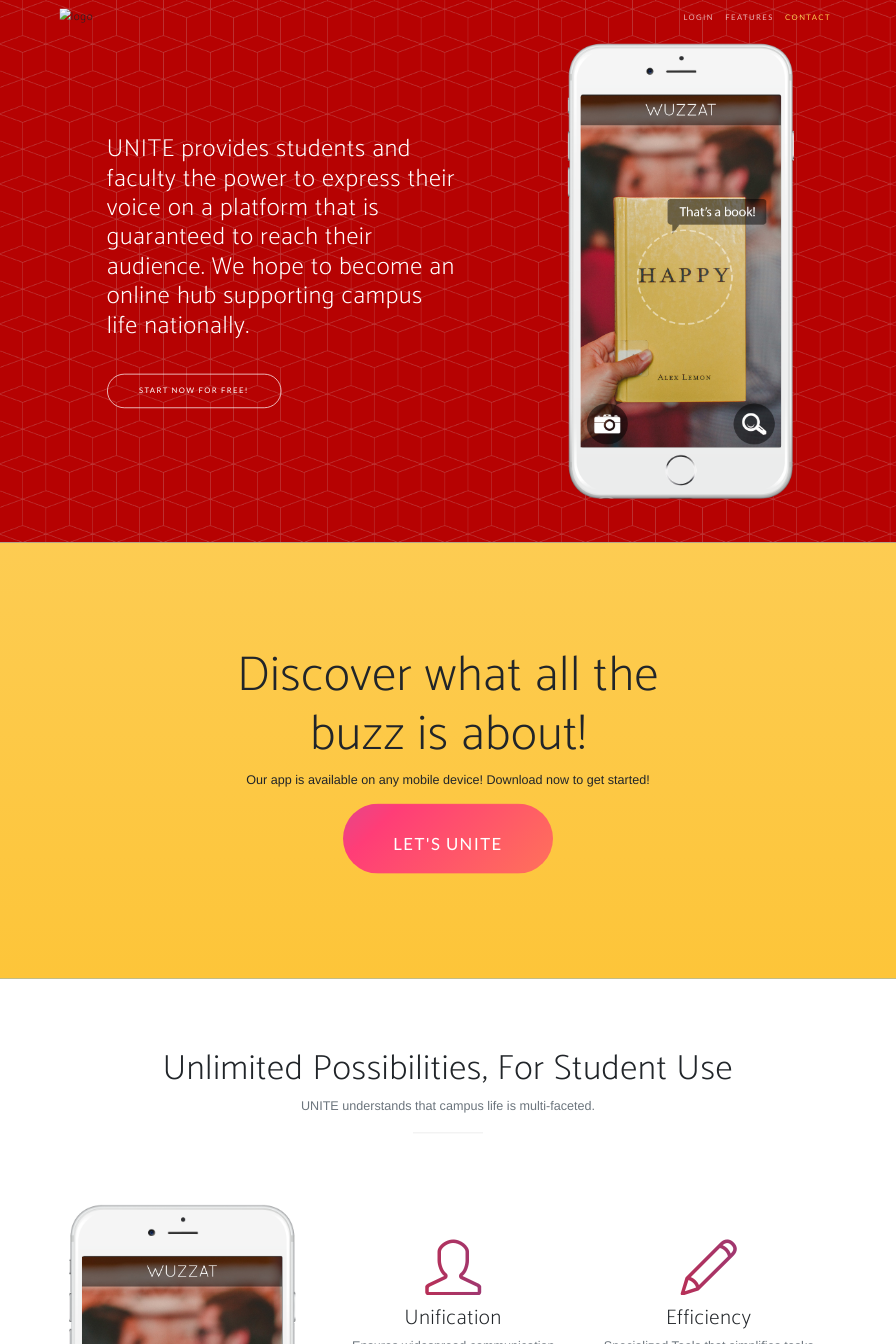
Repository: arkomz/VANK-HomePage-master
Page: static_website/vankIndex.html
The author's editor kept a copy of each file at every save. The page is drawn from the files as they stood at one save, then again after a run of saves.
The browser window is 1280 px wide. The pictures show the part of the page from y = 0 to 1920 px (the page is 3697 px tall), at 70% of full size.
Some web fonts or font styles are not loaded; a fallback is used.

Above is the page before, as saved 2019-04-13 01:40:29.

### static_website/vankIndex.html
<!DOCTYPE html>
<html lang="en">

<head>

  <meta charset="utf-8">
  <meta name="viewport" content="width=device-width, initial-scale=1, shrink-to-fit=no">
  <meta name="description" content="">
  <meta name="author" content="">

  <title>UNITE </title>

  <!-- Bootstrap core CSS -->
  <link href="vendor/bootstrap/css/bootstrap.min.css" rel="stylesheet">

  <!-- Some Custom Overwritten and Additional CSS-->
  <link href="css/custom-style.css" rel="stylesheet">

  <!-- Custom fonts for this template -->
  <link href="vendor/fontawesome-free/css/all.min.css" rel="stylesheet">
  <link rel="stylesheet" href="vendor/simple-line-icons/css/simple-line-icons.css">
  <link href="https://fonts.googleapis.com/css?family=Lato" rel="stylesheet">
  <link href="https://fonts.googleapis.com/css?family=Catamaran:100,200,300,400,500,600,700,800,900" rel="stylesheet">
  <link href="https://fonts.googleapis.com/css?family=Muli" rel="stylesheet">

  <!-- Plugin CSS -->
  <link rel="stylesheet" href="device-mockups/device-mockups.min.css">

  <!-- Custom styles for this template -->
  <link href="css/new-age.css" rel="stylesheet">

</head>

<body id="page-top">

  <!-- Navigation -->
  <nav class="navbar navbar-expand-lg navbar-light fixed-top" id="mainNav">
    <div class="container">
        <img class = "logo" src=""img/1200px-Goldman_Sachs.png" alt="logo"></a>
      <button class="navbar-toggler navbar-toggler-right" type="button" data-toggle="collapse" data-target="#navbarResponsive"
        aria-controls="navbarResponsive" aria-expanded="false" aria-label="Toggle navigation">
        Menu
        <i class="fas fa-bars"></i>
      </button>
      <div class="collapse navbar-collapse" id="navbarResponsive">
        <ul class="navbar-nav ml-auto">
          <li class="nav-item">
            <a class="nav-link js-scroll-trigger" href="#download">Login</a>
          </li>
          <li class="nav-item">
            <a class="nav-link js-scroll-trigger" href="#features">Features</a>
          </li>
          <li class="nav-item">
            <a class="nav-link js-scroll-trigger" href="#contact">Contact</a>
          </li>
        </ul>
      </div>
    </div>
  </nav>

  <header class="masthead">
    <div class="container h-100">
      <div class="row h-100">
        <div class="col-lg-7 my-auto">
          <div class="header-content mx-auto">
            <h1 style="font-size: 35px;" class="mb-5"> UNITE provides students and faculty the power to express their
              voice on a platform that is guaranteed to reach their audience. We hope to become an online hub
              supporting campus life nationally. </h1>
            <a href="#download" class="btn btn-outline btn-xl js-scroll-trigger">Start Now for Free!</a>
          </div>
        </div>
        <div class="col-lg-5 my-auto">
          <div class="device-container">
            <div class="device-mockup iphone6_plus portrait white">
              <div class="device">
                <div class="screen">
                  <!-- Demo image for screen mockup, you can put an image here, some HTML, an animation, video, or anything else! -->
                  <img src="img/demo-screen-1.jpg" class="img-fluid" alt="">
                </div>
                <div class="button">
                  <!-- You can hook the "home button" to some JavaScript events or just remove it -->
                </div>
              </div>
            </div>
          </div>
        </div>
      </div>
    </div>
  </header>

  <section class="download bg-primary text-center" id="download">
    <div class="container">
      <div class="row">
        <div class="col-md-8 mx-auto">
          <h2 class="section-heading">Discover what all the buzz is about!</h2>
          <p>Our app is available on any mobile device! Download now to get started!</p>
          <!-- <button class="custom-btn translating-btn" style="width:auto;"><a href="/users/login"> Let's Unite! </a></button> -->

        <div class="custom-btn">
          <div class="btn"> <a href="users/login">Let's Unite</a>
            <div class="btn2"></div>
          </div>
        </div>

      </div>
    </div>
  </section>

  <section class="features" id="features">
    <div class="container">
      <div class="section-heading text-center">
        <h2>Unlimited Possibilities, For Student Use</h2>
        <p class="text-muted">UNITE understands that campus life is multi-faceted. <p>
          <hr>
      </div>
      <div class="row">
        <div class="col-lg-4 my-auto">
          <div class="device-container">
            <div class="device-mockup iphone6_plus portrait white">
              <div class="device">
                <div class="screen">
                  <!-- Demo image for screen mockup, you can put an image here, some HTML, an animation, video, or anything else! -->
                  <img src="img/demo-screen-1.jpg" class="img-fluid" alt="">
                </div>
                <div class="button">
                  <!-- You can hook the "home button" to some JavaScript events or just remove it -->
                </div>
              </div>
            </div>
          </div>
        </div>
        <div class="col-lg-8 my-auto">
          <div class="container-fluid">
            <div class="row">
              <div class="col-lg-6">
                <div class="feature-item">
                  <i class="icon-user text-primary"></i>
                  <h3>Unification</h3>
                  <p class="text-muted"> Ensures widespread communication amongst students and faculty!</p>
                </div>
              </div>
              <div class="col-lg-6">
                <div class="feature-item">
                  <i class="icon-pencil text-primary"></i>
                  <h3>Efficiency</h3>
                  <p class="text-muted">Specialized Tools that simplifies tasks for students and faculty!</p>
                </div>
              </div>
            </div>
            <div class="row">
              <div class="col-lg-6">
                <div class="feature-item">
                  <i class="icon-present text-primary"></i>
                  <h3>Consolidation</h3>
                  <p class="text-muted">Centralizes multiple applications into a single user-friendly platform!</p>
                </div>
              </div>
              <div class="col-lg-6">
                <div class="feature-item">
                  <i class="icon-lock-open text-primary"></i>
                  <h3>Open Source</h3>
                  <p class="text-muted">We hope to become a platform that students on campus can soon contribute to!</p>
                </div>
              </div>
            </div>
          </div>
        </div>
      </div>
    </div>
  </section>

  <section class="cta">
    <div class="cta-content">
      <div class="container">
        <h2>Stop waiting.<br>Start building.</h2>
        <a href="#contact" class="btn btn-outline btn-xl js-scroll-trigger">Let's Get Started!</a>
      </div>
    </div>
    <div class="overlay"></div>
  </section>

  <section class="contact bg-primary" id="contact">
    <div class="container">
      <h2>We
        <i class="fas fa-heart"></i>
        new friends!</h2>
      <ul class="list-inline list-social">
        <li class="list-inline-item social-twitter">
          <a href="#">
            <i class="fab fa-twitter"></i>
          </a>
        </li>
        <li class="list-inline-item social-facebook">
          <a href="#">
            <i class="fab fa-facebook-f"></i>
          </a>
        </li>
        <li class="list-inline-item social-google-plus">
          <a href="#">
            <i class="fab fa-google-plus-g"></i>
          </a>
        </li>
      </ul>
    </div>
  </section>

  <footer>
    <div class="container">
      <p>&copy; Your Website 2018. All Rights Reserved.</p>
      <ul class="list-inline">
        <li class="list-inline-item">
          <a href="#">Privacy</a>
        </li>
        <li class="list-inline-item">
          <a href="#">Terms</a>
        </li>
        <li class="list-inline-item">
          <a href="#">FAQ</a>
        </li>
      </ul>
    </div>
  </footer>

  <!-- Bootstrap core JavaScript -->
  <script src="vendor/jquery/jquery.min.js"></script>
  <script src="vendor/bootstrap/js/bootstrap.bundle.min.js"></script>

  <!-- Plugin JavaScript -->
  <script src="vendor/jquery-easing/jquery.easing.min.js"></script>

  <!-- Custom scripts for this template -->
  <script src="js/new-age.min.js"></script>

  <!-- Script for Login Button -->
  <script src="js/loginButton.js"></script>

</body>

</html>

### static_website/css/custom-style.css
img.logo {
    height: 5%;
    width: 5%;
}

.custom-btn {
    display: flex;
    justify-content: center;
    align-items: center;
  }

  .custom-btn .btn,
  .custom-btn .btn2 {
    width: 300px;
    height: 100px;
    font-size: 24px;
    text-align: center;
    line-height: 100px;
    color: rgba(255,255,255,0.9);
    border-radius: 50px;
    background: linear-gradient(-45deg, #ffa63d, #ff3d77, #338aff, #3cf0c5);
    background-size: 600%;
    -webkit-animation: anime 16s linear infinite;
            animation: anime 16s linear infinite;
  }
  .custom-btn .btn2 {
    position: absolute;
    margin-top: -70px;
    z-index: -1;
    -webkit-filter: blur(30px);
            filter: blur(30px);
    opacity: 0.8;
  }
  @-webkit-keyframes anime {
    0% {
      background-position: 0% 50%;
    }
    50% {
      background-position: 100% 50%;
    }
    100% {
      background-position: 0% 50%;
    }
  }
  @keyframes anime {
    0% {
      background-position: 0% 50%;
    }
    50% {
      background-position: 100% 50%;
    }
    100% {
      background-position: 0% 50%;
    }
  }

  .btn a {
    color: white;
  }

  .btn a:hover {
      text-decoration: none;
      color: white;
  }

### static_website/css/new-age.css
/*!
 * Start Bootstrap - New Age v5.0.1 (https://startbootstrap.com/template-overviews/new-age)
 * Copyright 2013-2018 Start Bootstrap
 * Licensed under MIT (https://github.com/BlackrockDigital/startbootstrap-new-age/blob/master/LICENSE)
 */

html,
body {
  width: 100%;
  height: 100%;
}

body {
  font-family: 'Muli', 'Helvetica', 'Arial', 'sans-serif';
}

a {
  color: #fdcc52;
  -webkit-transition: all .35s;
  transition: all .35s;
}

a:hover, a:focus {
  color: #fcbd20;
}

hr {
  max-width: 100px;
  margin: 25px auto 0;
  border-width: 1px;
  border-color: rgba(34, 34, 34, 0.1);
}

hr.light {
  border-color: white;
}

h1,
h2,
h3,
h4,
h5,
h6 {
  font-family: 'Catamaran', 'Helvetica', 'Arial', 'sans-serif';
  font-weight: 200;
  letter-spacing: 1px;
}

p {
  font-size: 18px;
  line-height: 1.5;
  margin-bottom: 20px;
}

section {
  padding: 100px 0;
}

section h2 {
  font-size: 50px;
}

#mainNav {
  border-color: rgba(34, 34, 34, 0.05);
  background-color: white;
  -webkit-transition: all .35s;
  transition: all .35s;
  font-family: 'Catamaran', 'Helvetica', 'Arial', 'sans-serif';
  font-weight: 200;
  letter-spacing: 1px;
}

#mainNav .navbar-brand {
  color: #fdcc52;
  font-family: 'Catamaran', 'Helvetica', 'Arial', 'sans-serif';
  font-weight: 200;
  letter-spacing: 1px;
}

#mainNav .navbar-brand:hover, #mainNav .navbar-brand:focus {
  color: #fcbd20;
}

#mainNav .navbar-toggler {
  font-size: 12px;
  padding: 8px 10px;
  color: #222222;
}

#mainNav .navbar-nav > li > a {
  font-size: 11px;
  font-family: 'Lato', 'Helvetica', 'Arial', 'sans-serif';
  letter-spacing: 2px;
  text-transform: uppercase;
}

#mainNav .navbar-nav > li > a.active {
  color: #fdcc52 !important;
  background-color: transparent;
}

#mainNav .navbar-nav > li > a.active:hover {
  background-color: transparent;
}

#mainNav .navbar-nav > li > a,
#mainNav .navbar-nav > li > a:focus {
  color: #222222;
}

#mainNav .navbar-nav > li > a:hover,
#mainNav .navbar-nav > li > a:focus:hover {
  color: #fdcc52;
}

@media (min-width: 992px) {
  #mainNav {
    border-color: transparent;
    background-color: transparent;
  }
  #mainNav .navbar-brand {
    color: fade(white, 70%);
  }
  #mainNav .navbar-brand:hover, #mainNav .navbar-brand:focus {
    color: white;
  }
  #mainNav .navbar-nav > li > a,
  #mainNav .navbar-nav > li > a:focus {
    color: rgba(255, 255, 255, 0.7);
  }
  #mainNav .navbar-nav > li > a:hover,
  #mainNav .navbar-nav > li > a:focus:hover {
    color: white;
  }
  #mainNav.navbar-shrink {
    border-color: rgba(34, 34, 34, 0.1);
    background-color: white;
  }
  #mainNav.navbar-shrink .navbar-brand {
    color: #222222;
  }
  #mainNav.navbar-shrink .navbar-brand:hover, #mainNav.navbar-shrink .navbar-brand:focus {
    color: #fdcc52;
  }
  #mainNav.navbar-shrink .navbar-nav > li > a,
  #mainNav.navbar-shrink .navbar-nav > li > a:focus {
    color: #222222;
  }
  #mainNav.navbar-shrink .navbar-nav > li > a:hover,
  #mainNav.navbar-shrink .navbar-nav > li > a:focus:hover {
    color: #fdcc52;
  }
}

header.masthead {
  position: relative;
  width: 100%;
  padding-top: 150px;
  padding-bottom: 100px;
  color: white;
  background: url("../img/bg-pattern.png"), #7b4397;
  background: url("../img/bg-pattern.png"), -webkit-gradient(linear, right top, left top, from(#b60202), to(#b60202));
  background: url("../img/bg-pattern.png"), linear-gradient(to left, #b60202, #b60202);
}

header.masthead .header-content {
  max-width: 500px;
  margin-bottom: 100px;
  text-align: center;
}

header.masthead .header-content h1 {
  font-size: 30px;
}

header.masthead .device-container {
  max-width: 325px;
  margin-right: auto;
  margin-left: auto;
}

header.masthead .device-container .screen img {
  border-radius: 3px;
}

@media (min-width: 992px) {
  header.masthead {
    height: 100vh;
    min-height: 775px;
    padding-top: 0;
    padding-bottom: 0;
  }
  header.masthead .header-content {
    margin-bottom: 0;
    text-align: left;
  }
  header.masthead .header-content h1 {
    font-size: 25px;
  }
  header.masthead .device-container {
    max-width: 325px;
  }
}

section.download {
  position: relative;
  padding: 150px 0;
}

section.download h2 {
  font-size: 50px;
  margin-top: 0;
}

section.download .badges .badge-link {
  display: block;
  margin-bottom: 25px;
}

section.download .badges .badge-link:last-child {
  margin-bottom: 0;
}

section.download .badges .badge-link img {
  height: 60px;
}

@media (min-width: 768px) {
  section.download .badges .badge-link {
    display: inline-block;
    margin-bottom: 0;
  }
}

@media (min-width: 768px) {
  section.download h2 {
    font-size: 70px;
  }
}

section.features .section-heading {
  margin-bottom: 100px;
}

section.features .section-heading h2 {
  margin-top: 0;
}

section.features .section-heading p {
  margin-bottom: 0;
}

section.features .device-container,
section.features .feature-item {
  max-width: 325px;
  margin: 0 auto;
}

section.features .device-container {
  margin-bottom: 100px;
}

@media (min-width: 992px) {
  section.features .device-container {
    margin-bottom: 0;
  }
}

section.features .feature-item {
  padding-top: 50px;
  padding-bottom: 50px;
  text-align: center;
}

section.features .feature-item h3 {
  font-size: 30px;
}

section.features .feature-item i {
  font-size: 80px;
  display: block;
  margin-bottom: 15px;
  background: -webkit-gradient(linear, right top, left top, from(#7b4397), to(#dc2430));
  background: linear-gradient(to left, #7b4397, #dc2430);
  -webkit-background-clip: text;
  -webkit-text-fill-color: transparent;
}

section.cta {
  position: relative;
  padding: 250px 0;
  background-image: url("../img/bg-cta.jpg");
  background-position: center;
  background-size: cover;
}

section.cta .cta-content {
  position: relative;
  z-index: 1;
}

section.cta .cta-content h2 {
  font-size: 50px;
  max-width: 450px;
  margin-top: 0;
  margin-bottom: 25px;
  color: white;
}

@media (min-width: 768px) {
  section.cta .cta-content h2 {
    font-size: 80px;
  }
}

section.cta .overlay {
  position: absolute;
  top: 0;
  left: 0;
  width: 100%;
  height: 100%;
  background-color: rgba(0, 0, 0, 0.5);
}

section.contact {
  text-align: center;
}

section.contact h2 {
  margin-top: 0;
  margin-bottom: 25px;
}

section.contact h2 i {
  color: #dd4b39;
}

section.contact ul.list-social {
  margin-bottom: 0;
}

section.contact ul.list-social li a {
  font-size: 40px;
  line-height: 80px;
  display: block;
  width: 80px;
  height: 80px;
  color: white;
  border-radius: 100%;
}

section.contact ul.list-social li.social-twitter a {
  background-color: #1da1f2;
}

section.contact ul.list-social li.social-twitter a:hover {
  background-color: #0d95e8;
}

section.contact ul.list-social li.social-facebook a {
  background-color: #3b5998;
}

section.contact ul.list-social li.social-facebook a:hover {
  background-color: #344e86;
}

section.contact ul.list-social li.social-google-plus a {
  background-color: #dd4b39;
}

section.contact ul.list-social li.social-google-plus a:hover {
  background-color: #d73925;
}

footer {
  padding: 25px 0;
  text-align: center;
  color: rgba(255, 255, 255, 0.3);
  background-color: #222222;
}

footer p {
  font-size: 12px;
  margin: 0;
}

footer ul {
  margin-bottom: 0;
}

footer ul li a {
  font-size: 12px;
  color: rgba(255, 255, 255, 0.3);
}

footer ul li a:hover, footer ul li a:focus, footer ul li a:active, footer ul li a.active {
  text-decoration: none;
}

.bg-primary {
  background: #fdcc52;
  background: -webkit-gradient(linear, left top, left bottom, from(#fdcc52), to(#fdc539));
  background: linear-gradient(#fdcc52, #fdc539);
}

.text-primary {
  color: #fdcc52;
}

.no-gutter > [class*='col-'] {
  padding-right: 0;
  padding-left: 0;
}

.btn-outline {
  color: white;
  border: 1px solid;
  border-color: white;
}

.btn-outline:hover, .btn-outline:focus, .btn-outline:active, .btn-outline.active {
  color: white;
  border-color: #fdcc52;
  background-color: #fdcc52;
}

.btn {
  border-radius: 300px;
  font-family: 'Lato', 'Helvetica', 'Arial', 'sans-serif';
  letter-spacing: 2px;
  text-transform: uppercase;
}

.btn-xl {
  font-size: 11px;
  padding: 15px 45px;
}

### static_website/js/new-age.min.js
/*!
 * Start Bootstrap - New Age v5.0.1 (https://startbootstrap.com/template-overviews/new-age)
 * Copyright 2013-2018 Start Bootstrap
 * Licensed under MIT (https://github.com/BlackrockDigital/startbootstrap-new-age/blob/master/LICENSE)
 */

!function(e){"use strict";e('a.js-scroll-trigger[href*="#"]:not([href="#"])').click(function(){if(location.pathname.replace(/^\//,"")==this.pathname.replace(/^\//,"")&&location.hostname==this.hostname){var a=e(this.hash);if((a=a.length?a:e("[name="+this.hash.slice(1)+"]")).length)return e("html, body").animate({scrollTop:a.offset().top-48},1e3,"easeInOutExpo"),!1}}),e(".js-scroll-trigger").click(function(){e(".navbar-collapse").collapse("hide")}),e("body").scrollspy({target:"#mainNav",offset:54});var a=function(){100<e("#mainNav").offset().top?e("#mainNav").addClass("navbar-shrink"):e("#mainNav").removeClass("navbar-shrink")};a(),e(window).scroll(a)}(jQuery);

### static_website/js/loginButton.js
var modal = document.getElementById('id01');
var modal2 = document.getElementById('id02');

// When the user clicks anywhere outside of the modal, close it
window.onclick = function(event) {
    if (event.target == modal || event.target == modal2) {
        modal.style.display = "none";
    }
}

Loaded but not shown: static_website/vendor/bootstrap/css/bootstrap.min.css (library); static_website/vendor/fontawesome-free/css/all.min.css (library); static_website/vendor/simple-line-icons/css/simple-line-icons.css (library); static_website/device-mockups/device-mockups.min.css (library); static_website/vendor/jquery/jquery.min.js (library); static_website/vendor/bootstrap/js/bootstrap.bundle.min.js (library); static_website/vendor/jquery-easing/jquery.easing.min.js (common file)

After the next 2 saves:
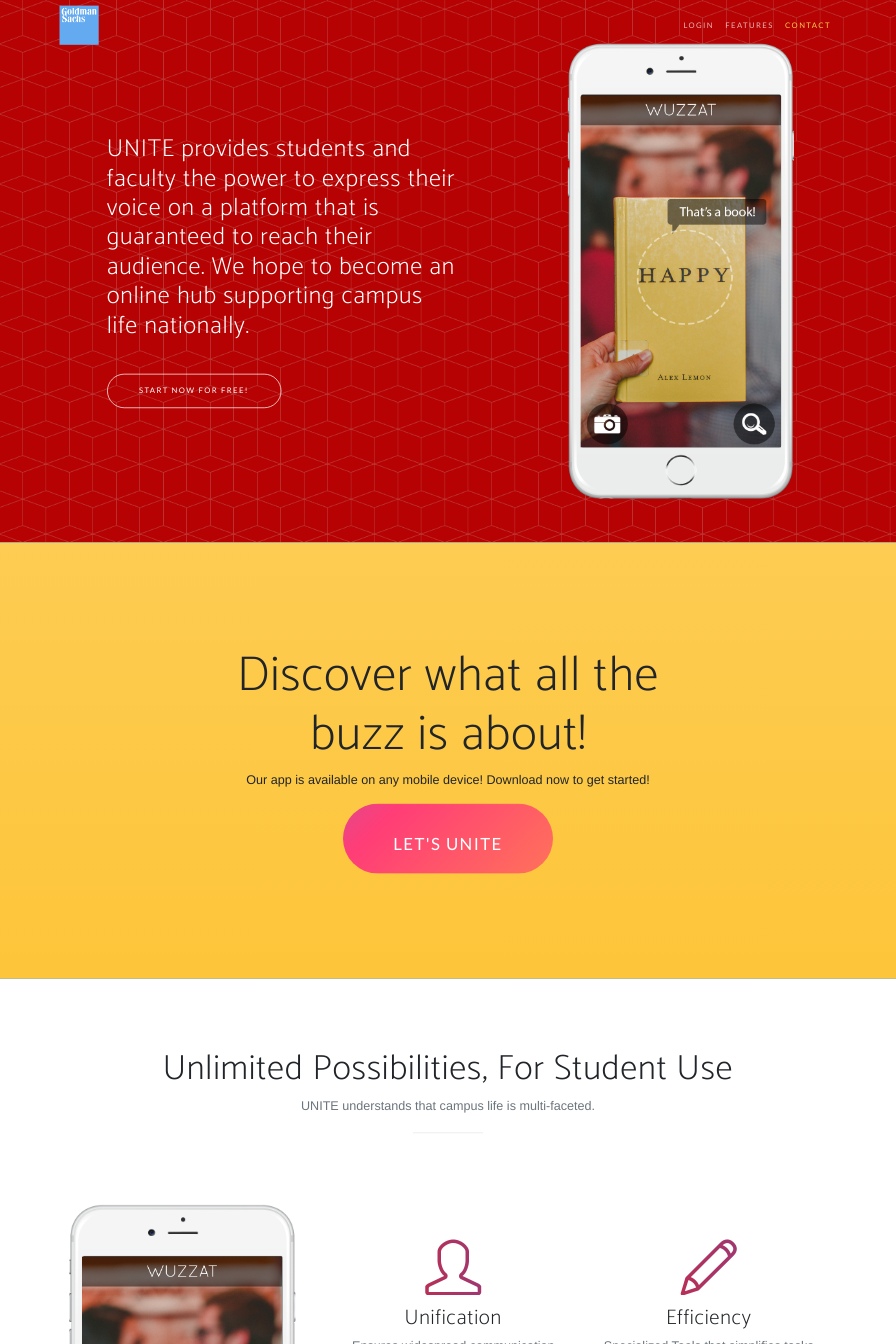
The 2 saves are shown as one change because they came seconds apart.
The last was saved 19 s later.
--- a/static_website/vankIndex.html
+++ b/static_website/vankIndex.html
@@ -36,7 +36,7 @@
   <!-- Navigation -->
   <nav class="navbar navbar-expand-lg navbar-light fixed-top" id="mainNav">
     <div class="container">
-        <img class = "logo" src=""img/1200px-Goldman_Sachs.png" alt="logo"></a>
+        <img class = "logo" src="img/1200px-Goldman_Sachs.png" alt="logo"></a>
       <button class="navbar-toggler navbar-toggler-right" type="button" data-toggle="collapse" data-target="#navbarResponsive"
         aria-controls="navbarResponsive" aria-expanded="false" aria-label="Toggle navigation">
         Menu
